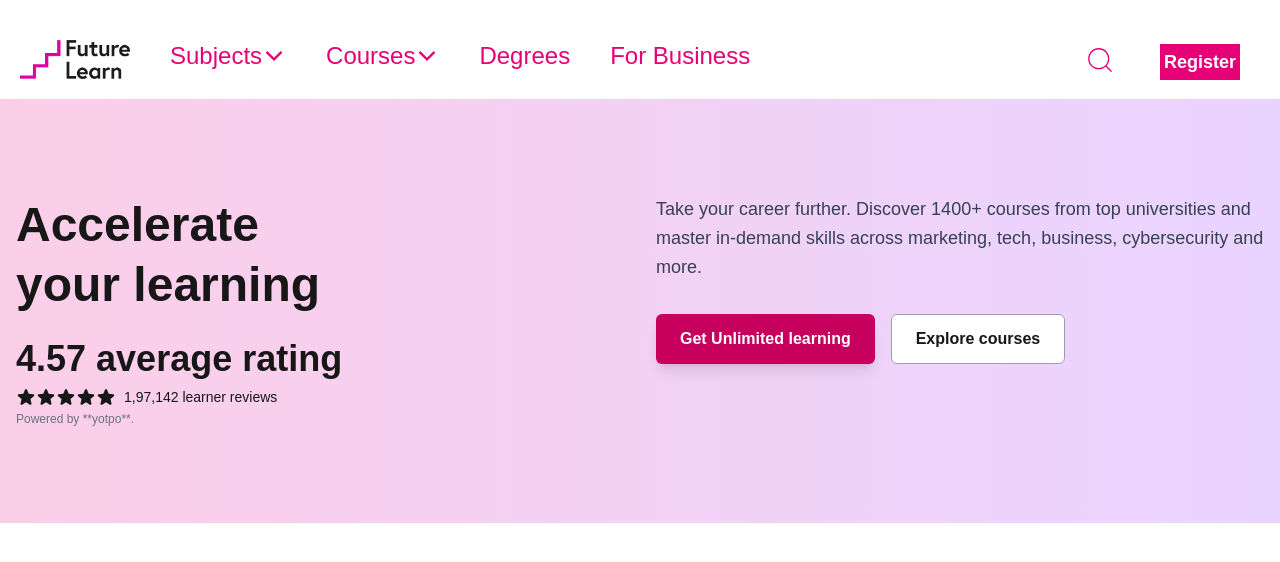
Repository: Aayu0981/Courses-App
Page: / (app in my-app/)
These files come from the project's save history. The page is drawn as it stood at one moment and after the next save; the edit follows.
The browser window is 1280 px wide. The pictures show the whole page.
The project was rebuilt for these pictures with package versions that can differ from the ones it lists, and the page was loaded fresh each time. The framework's server and built-in components were replaced by stand-ins that run in the browser. Also part of the build but not shown: my-app/next.config.ts.

Above is the page before, as saved 2025-11-21 14:11:41.

After the next save:
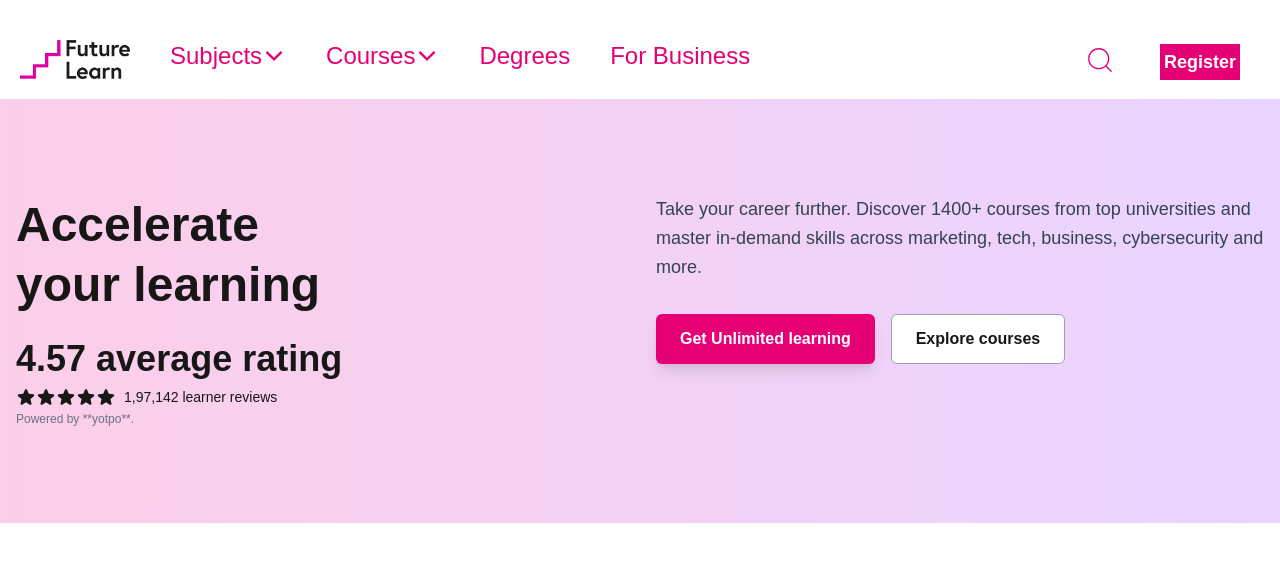
Saved 21 s later.
--- a/my-app/app/Components/MidP.tsx
+++ b/my-app/app/Components/MidP.tsx
@@ -48,7 +48,7 @@
 
             {/* buttons*/}
             <div className="flex flex-col sm:flex-row space-y-4 sm:space-y-0 sm:space-x-4 mt-8">
-              <button className="bg-pink-700 hover:bg-blue-700 text-white font-semibold py-3 px-6 rounded-md shadow-lg transition duration-300">
+              <button className="bg-pink-600 hover:bg-blue-700 text-white font-semibold py-3 px-6 rounded-md shadow-lg transition duration-300">
                 Get Unlimited learning
               </button>
               <button className="bg-white border border-gray-400 hover:text-blue-700 hover:border-blue-700 text-futurelearn-purple font-semibold py-3 px-6 rounded-md transition duration-300">
